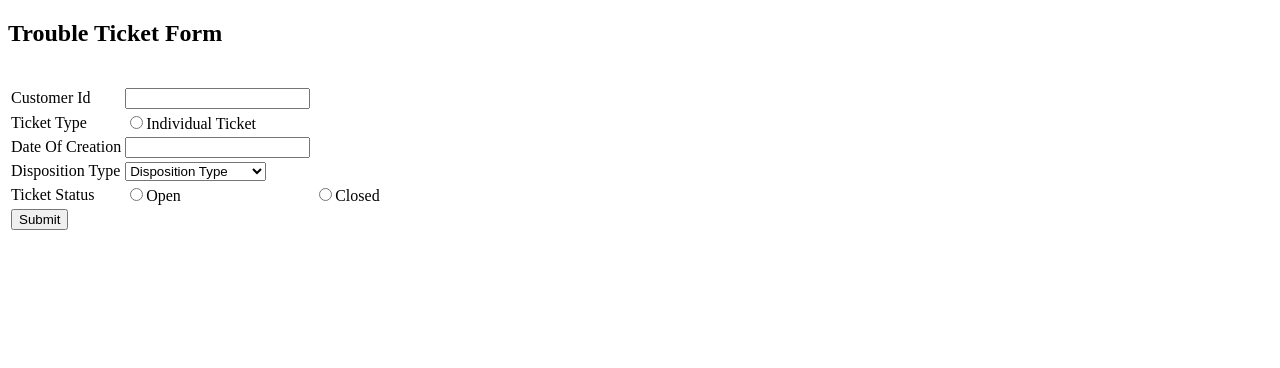
Repository: ApoorvaVeluri/JavaProject
Page: http://localhost/userinterface/Input.jsp
These files come from the project's save history. The page is drawn as it stood at one moment and after the next save; the edit follows.
The browser window is 1280 px wide. The pictures show the whole page.
The page is served by Tomcat 9.

Above is the page before, as saved 2015-08-20 11:10:55.

After the next save:
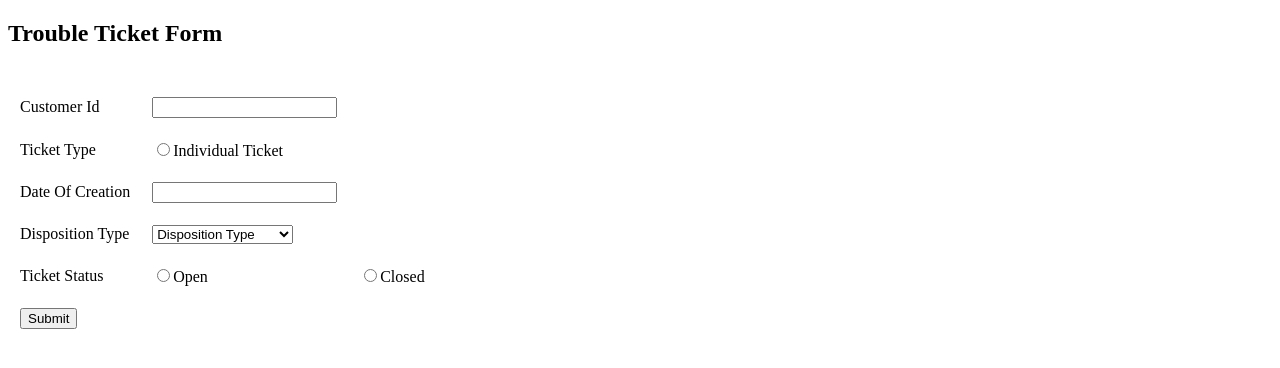
Saved 91 s later.
--- a/html/userinterface/WebContent/Input.jsp
+++ b/html/userinterface/WebContent/Input.jsp
@@ -9,7 +9,7 @@
 <body>
 	<h2>Trouble Ticket Form</h2>
 	<form method="POST" action="">
-		<table>
+		<table  cellpadding="10">
 
 
 
